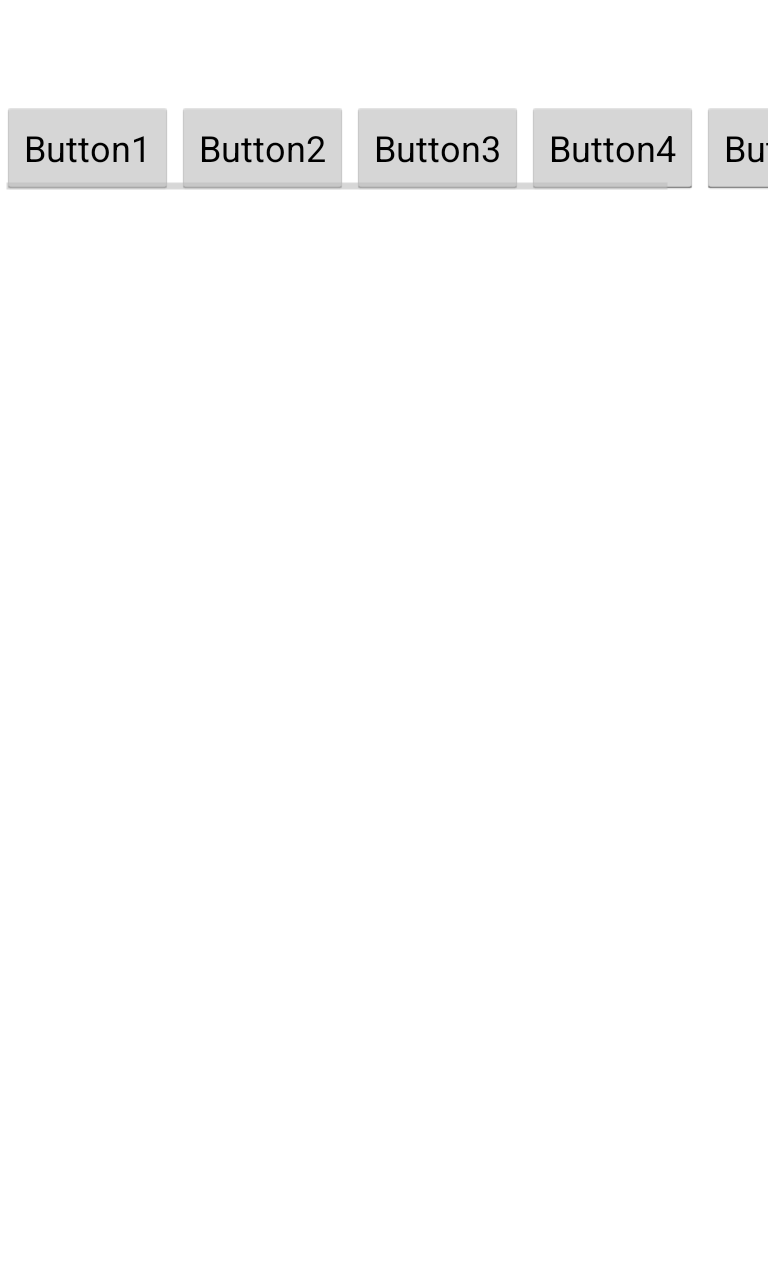
Repository: derek-zhan/RBCPrototypeChallenge
Layout: RBCPrototype/res/layout/fragment_analyze.xml
The author's editor kept a copy of each file at every save. The layout is drawn from the files as they stood at one save, then again after the next save.
It is drawn on a 768 x 1280 px phone screen (xhdpi) without system bars, with theme AppTheme; the app's code is not run.

Above is the layout before, as saved 2014-06-05 23:08:19.

After the next save:
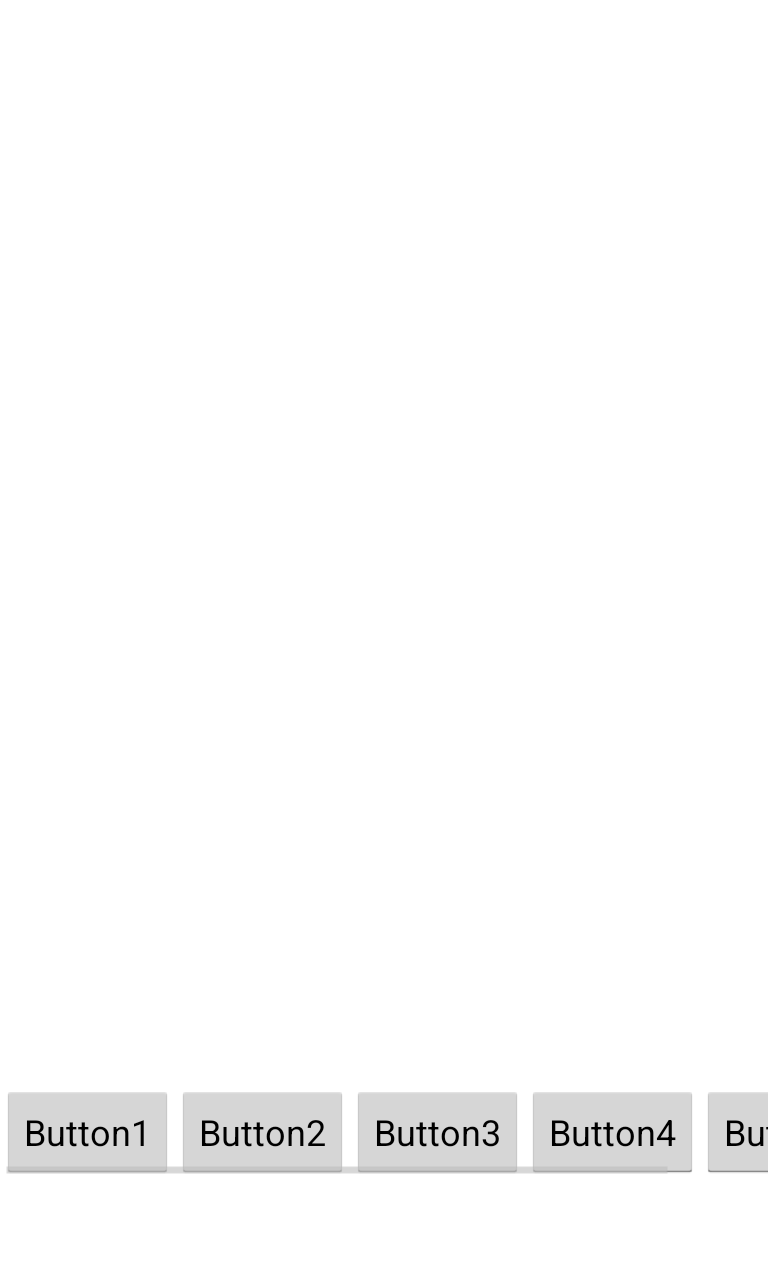
Saved 37 s later.
--- a/RBCPrototype/res/layout/fragment_analyze.xml
+++ b/RBCPrototype/res/layout/fragment_analyze.xml
@@ -7,7 +7,8 @@
      <HorizontalScrollView
         android:layout_width="wrap_content"
         android:layout_height="wrap_content"
-        android:layout_marginTop="50dp"
+        android:layout_marginBottom="50dp"
+        android:layout_alignParentBottom="true"
         >
         <LinearLayout
             android:layout_width="wrap_content"
